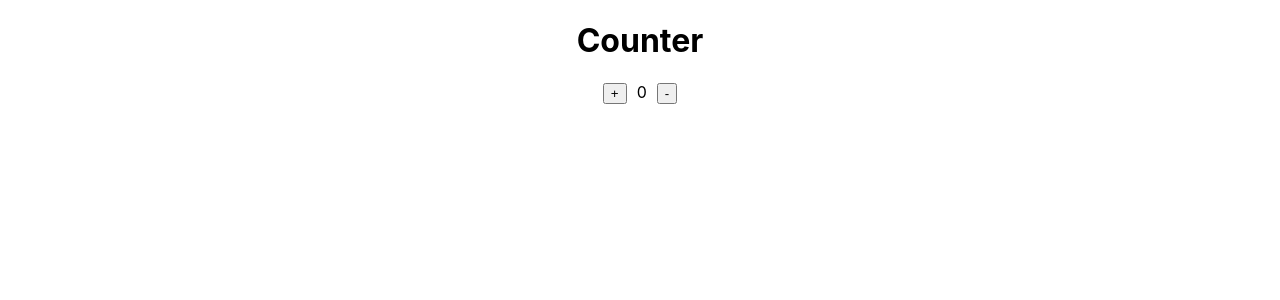
Repository: vsangavi/Redux-Counter
Page: /
The author's editor kept a copy of each file at every save. The page is drawn from the files as they stood at one save, then again after a run of saves.
The browser window is 1280 px wide. The pictures show the whole page.
The project was rebuilt for these pictures with package versions that can differ from the ones it lists, and the page was loaded fresh each time.

Above is the page before, as saved 2020-10-02 16:42:44.

### src/App.js
import React from "react";
import Counter from "./Counter";
import "./App.css";

function App() {
  return (
    <div className="App">
      <Counter />
    </div>
  );
}

export default App;

### src/Counter.js
import React, { Component } from "react";

class Counter extends Component {
  constructor(props) {
    super();
    this.state = {
      count: 0,
    };
  }
  render() {
    const Increment = () => {
      this.setState({
        count: this.state.count + 1,
      });
    };
    const Decrement = () => {
      this.setState({
        count: this.state.count - 1,
      });
    };
    return (
      <div>
        <h1>Counter</h1>
        <div className="outerDiv">
          <button onClick={Increment}>+</button>
          <span>{this.state.count}</span>
          <button onClick={Decrement}>-</button>
        </div>
      </div>
    );
  }
}
export default Counter;

### src/App.css
.App {
  text-align: center;
}
span {
  margin: 10px 10px;
}
.outerDiv {
  height: 10vh;
}

Loaded but not shown: public/index.html (common file); src/index.js (common file); src/index.css (common file); src/serviceWorker.js (common file)

After the next 3 saves:
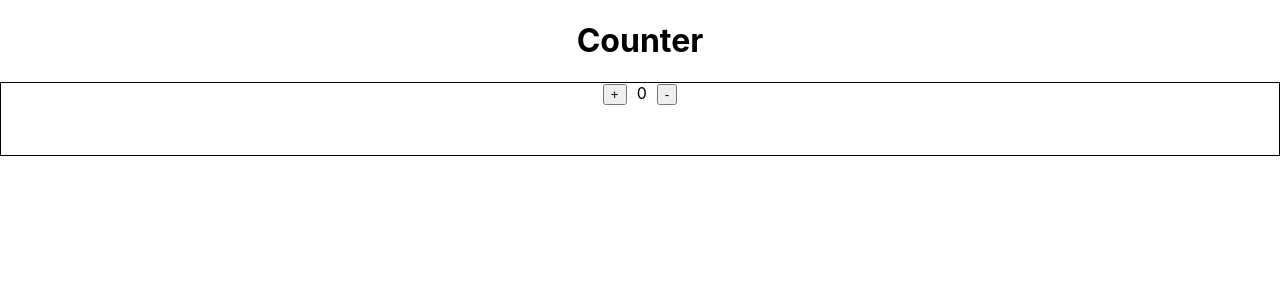
The 3 saves are shown as one change because they came seconds apart.
The last was saved 9 s later.
--- a/src/App.css
+++ b/src/App.css
@@ -6,4 +6,5 @@ span {
 }
 .outerDiv {
   height: 10vh;
+  border: 1px solid;
 }
